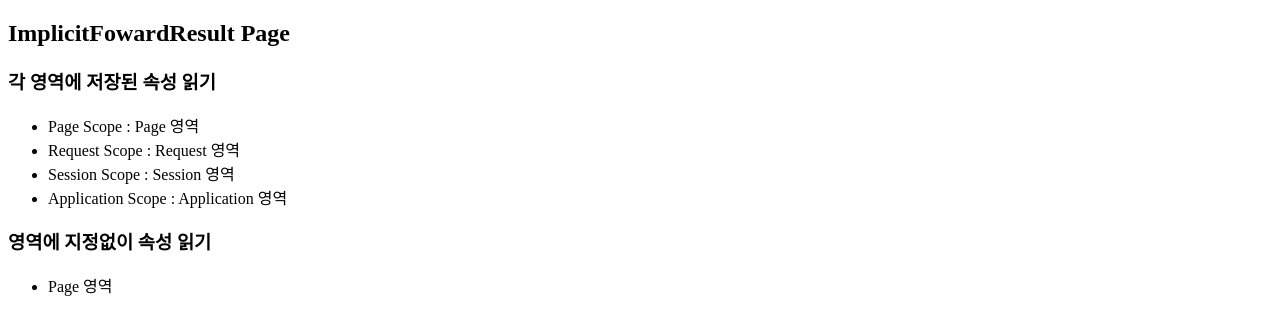
Repository: Jadedvst/Java_JSP-Servlet
Page: http://localhost/MustHaveJSP/10EL/FromResult.jsp
An editor plug-in stored every save of this project. The page is shown before and after the next save, followed by the edit.
The browser window is 1280 px wide. The pictures show the whole page.
The page is served by Tomcat 10.

Above is the page before, as saved 2023-12-19 00:54:48.

After the next save:
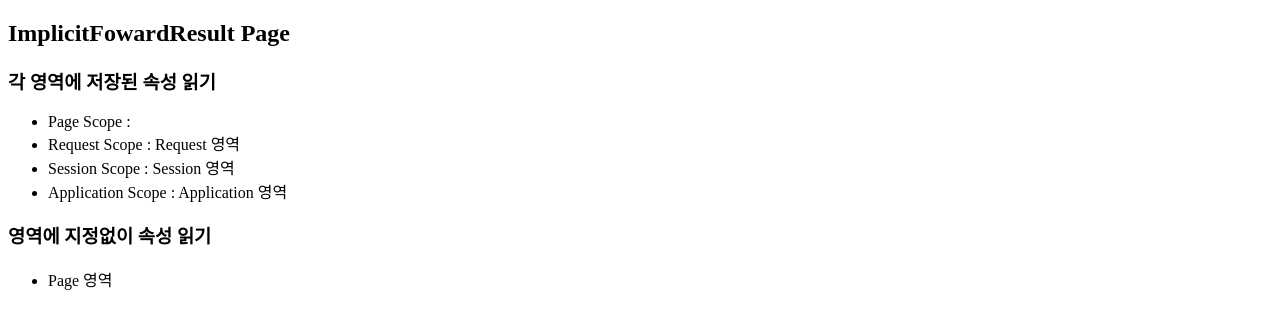
Saved 81 s later.
--- a/MustHaveJSP/src/main/webapp/10EL/FromResult.jsp
+++ b/MustHaveJSP/src/main/webapp/10EL/FromResult.jsp
@@ -16,7 +16,7 @@
 	<h2>ImplicitFowardResult Page</h2>
 	<h3>각 영역에 저장된 속성 읽기</h3>
 	<ul>
-		<li>Page Scope : ${ pageScope.scopeValue }</li>
+		<li>Page Scope : <%-- ${ pageScope.scopeValue } --%></li>
 		<li>Request Scope : ${ requestScope.scopeValue }</li>
 		<li>Session Scope : ${ sessionScope.scopeValue }</li>
 		<li>Application Scope : ${ applicationScope.scopeValue }</li>
